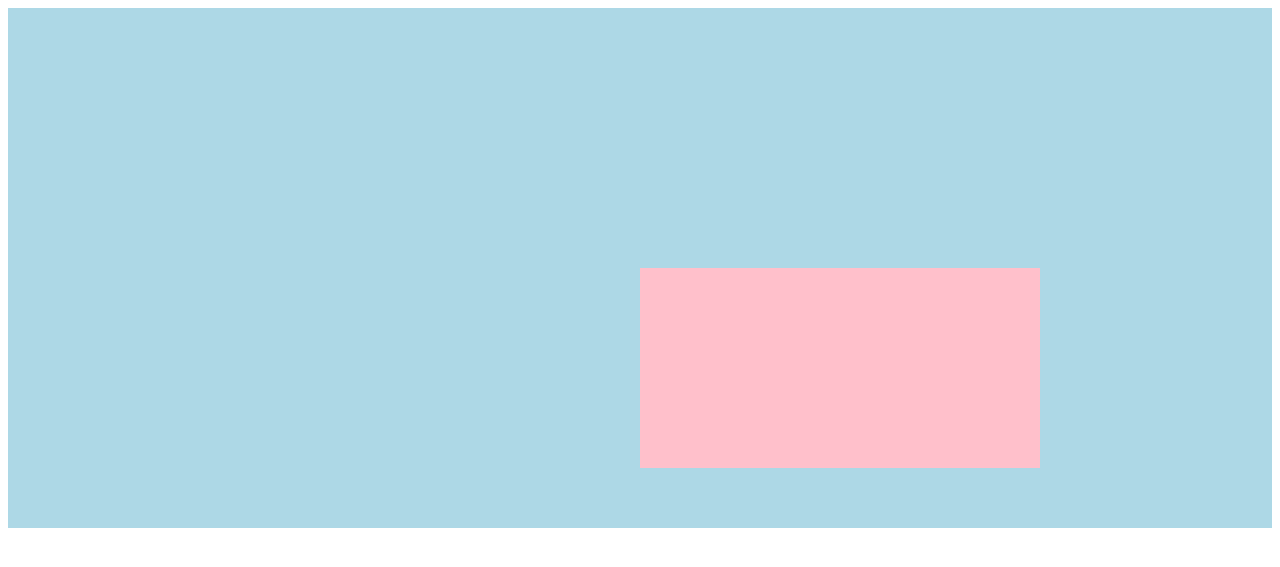
Repository: Codigo404q/html-css
Page: exercicios/ex022/fundo007.html
An editor plug-in stored every save of this project. The page is shown before and after a run of saves, followed by the edit.
The browser window is 1280 px wide. The pictures show the whole page.

Above is the page before, as saved 2024-01-06 21:44:46.

After the next 3 saves:
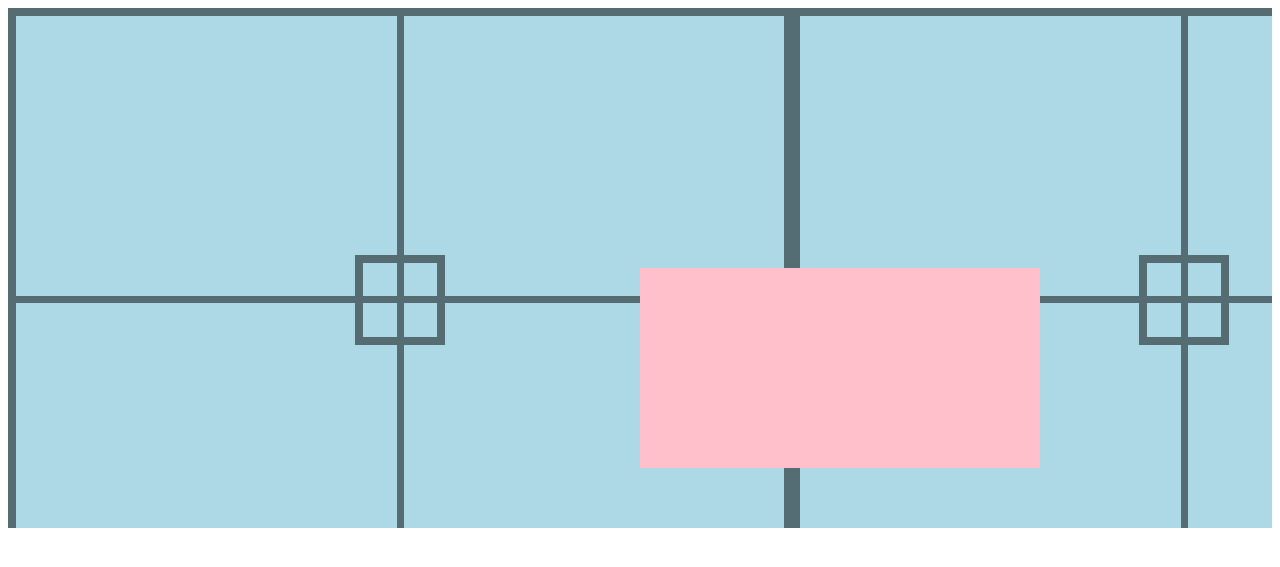
The 3 saves are shown as one change because they came seconds apart.
The last was saved 10 s later.
--- a/exercicios/ex022/fundo007.html
+++ b/exercicios/ex022/fundo007.html
@@ -10,7 +10,7 @@
             height: 500px;
             padding: 10px;
             background-color: lightblue;
-            background-image: ;
+            background-image: url(imagens/target001.png);
         }
 
         #conteudo {
